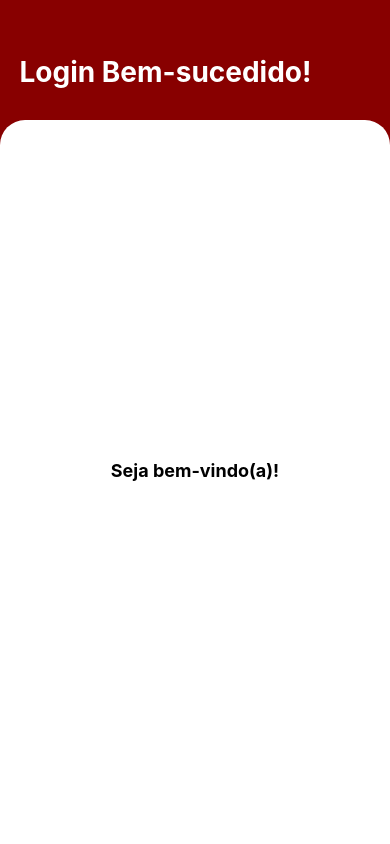
Repository: Matheus904-12/Login-React
Screen: /sucedido (app in SENAI/)
The author's editor kept a copy of each file at every save. The screen is drawn from the files as they stood at one save, then again after a run of saves.
The app was drawn by React Native's web renderer in a window 390 px wide. The project was rebuilt for these pictures with package versions that can differ from the ones it lists, and the page was loaded fresh each time. Some packages were replaced by stand-ins written for this rebuild. Also part of the build but not shown: SENAI/pages/entrada.js, SENAI/pages/cadastro.js.

Above is the screen before, as saved 2024-04-29 19:38:44.

### SENAI/App.js
import React from 'react';
import {StatusBar} from 'react-native';
import { NavigationContainer } from '@react-navigation/native';
import Routes from './routes';

export default function App() {
  return (
    <NavigationContainer>
      <StatusBar style="auto"/>
      <Routes />
    </NavigationContainer>
  )
}

### SENAI/routes.js
import { createStackNavigator } from '@react-navigation/stack';
import Bem_Vindo from './pages/index';
import Acesso from './pages/entrada';
import Sucesso from './pages/sucedido';
import Cadastro from './pages/cadastro';

const Stack = createStackNavigator();

export default function Routes() {
    return (
        <Stack.Navigator>
            <Stack.Screen
                name="index"
                component={Bem_Vindo}
                options={{ headerShown: false }}
            />

            <Stack.Screen
                name="entrada"
                component={Acesso}
                options={{ headerShown: false }}
            />
            <Stack.Screen
                name="sucedido"
                component={Sucesso}
                options={{ headerShown: false }}
            />
             <Stack.Screen
                name="cadastro"
                component={Cadastro}
                options={{ headerShown: false }}
            />
        </Stack.Navigator>
    )
}

### SENAI/pages/index.js
import React, { useCallback } from 'react';
import { View, Text, StyleSheet, Image, TouchableOpacity } from 'react-native';
import { useNavigation } from '@react-navigation/native';
import * as Animatable from 'react-native-animatable';
import { useFonts } from 'expo-font';
import * as SplashScreen from 'expo-splash-screen';


SplashScreen.preventAutoHideAsync();

export default function Bem_Vindo() {

    const navigation = useNavigation();

    const [fontsLoaded, fontError] = useFonts({
        'Oswald': require('../assets/fonts/Oswald-VariableFont_wght.ttf'),
    });

    const onLayoutRootView = useCallback(async () => {
        if (fontsLoaded || fontError) {
            await SplashScreen.hideAsync();
        }
    }, [fontsLoaded, fontError]);

    if (!fontsLoaded && !fontError) {
        return null;
    }



    return (
        <View style={styles.container} onLayout={onLayoutRootView}>
            <View style={styles.containerLogo}>
                <Animatable.Image
                    delay={1000}
                    animation="flipInY"
                    source={require("../assets/logo_Senai.png")}
                    style={styles.logo}
                    resizeMode="contain"
                />
            </View>
            <Animatable.View delay={600} animation='fadeInUp' style={styles.containerForm}>
                <View style={styles.containerForm}>
                    <Text style={styles.title}>
                        Monitore e organize seus recursos didáticos de qualquer lugar!
                    </Text>
                    <Text style={styles.text}>
                        Faça o login para começar
                    </Text>
                    <TouchableOpacity
                        onPress={() => navigation.navigate('entrada')}
                        style={styles.button}>
                        <Text style={styles.buttonText}>
                            Acessar
                        </Text>
                    </TouchableOpacity>
                </View>
            </Animatable.View>
        </View>
    )
}
const styles = StyleSheet.create({
    container: {
        flex: 1,
        backgroundColor: '#FFF'
    },
    containerLogo: {
        flex: 2,
        backgroundColor: '#FFF',
        justifyContent: 'center',
        alignItems: 'center'
    },
    logo: {
        width: "70%"
    },
    containerForm: {
        flex: 1,
        backgroundColor: '#880000',
        borderTopLeftRadius: 25,
        borderTopRightRadius: 25,
        paddingStart: '5%',
        paddingEnd: '5%'
    },
    title: {
        fontFamily: 'Oswald',
        fontSize: 24,
        marginTop: 20,
        marginBottom: 12,
        color: "#FFF"
    },
    text: {
        color: '#a1a1a1'
    },
    button: {
        position: 'absolute',
        backgroundColor: '#FFF',
        borderRadius: 50,
        paddingVertical: 8,
        width: '60%',
        alignSelf: 'center',
        bottom: '15%',
        alignItems: 'center',
        justifyContent: 'center',
    },
    buttonText: {
        fontSize: 18,
        color: '#880000',
        fontWeight: 'bold'
    }
})

### SENAI/pages/sucedido.js
import { View, Text, StyleSheet, Image, TouchableOpacity } from 'react-native';
import React from 'react';
import * as Animatable from 'react-native-animatable';

export default function Sucesso({navigation}) {
    return (

        <View style={styles.container}>

            <Animatable.View animation="fadeInLeft" delay={500} style={styles.containerHeader}>
                <Text style={styles.message}>Login Bem-sucedido!</Text>
            </Animatable.View>

            <Animatable.View animation="fadeInUp" style={styles.containerForm}>
                <View style={styles.mensagem}>
                    <Image source={require('../assets/sucesso.gif')}
                        style={styles.logo}
                    />
                    <Text style={styles.mensagemTexto}>
                        Seja bem-vindo(a)!
                    </Text>
                </View>
            </Animatable.View>
        </View>

    )
}

const styles = StyleSheet.create({
    container: {
        flex: 1,
        backgroundColor: '#880000'
    },
    containerHeader: {
        marginTop: '14%',
        marginBottom: '8%',
        paddingStart: '5%',
    },
    message: {
        fontSize: 28,
        fontWeight: 'bold',
        color: "#FFF"
    },
    containerForm: {
        backgroundColor: "#FFF",
        flex: 1,
        borderTopLeftRadius: 25,
        borderTopRightRadius: 25,
        paddingStart: "5%",
        paddingEnd: "5%",
        alignItems:"center"
    },
    title: {
        fontSize: 20,
        marginTop: 28,
    },
    input: {
        borderBottomWidth: 1,
        height: 40,
        marginBottom: 12,
        fontSize: 16
    },
    button: {
        backgroundColor: '#880000',
        width: '100%',
        borderRadius: 4,
        paddingVertical: 8,
        marginTop: 14,
        justifyContent: 'center',
        alignItems: 'center',
    },
    buttonText: {
        color: "#FFF",
        fontSize: 18,
        fontWeight: 'bold'
    },
    buttonRegister: {
        marginTop: 14,
        alignSelf: 'center'
    },
    registerText: {
        color: '#a1a1a1'
    },
    voltar: {
        paddingTop: 25
    },
    logo:{
        width:300,
        height:300
    },
    mensagem:{
        flexDirection:"column",
        alignItems:"center",
        paddingTop:40
    },
    mensagemTexto:{
        width:300,
        textAlign:"center",
        fontSize:18,
        fontWeight:'700'
    },
    voltar:{
        backgroundColor: '#880000',
        width:270,
        height:40,
        borderRadius:12,
        alignItems:"center",
        justifyContent:"center",
        marginTop:15
    },
    voltarTexto:{
        color:'white',
        fontSize:16
    }
})

After the next 2 saves:
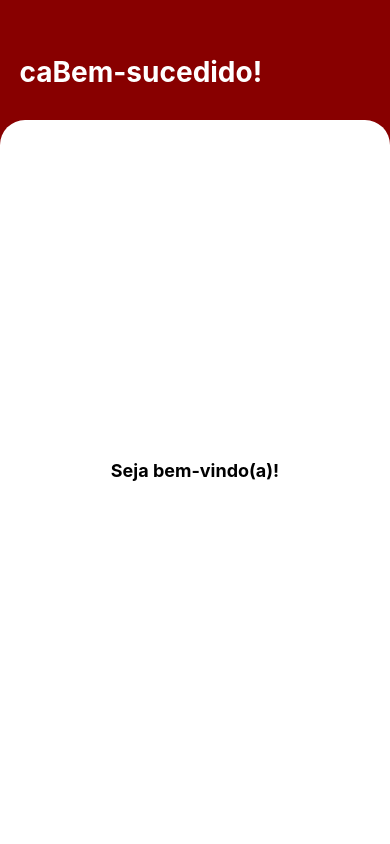
The 2 saves are shown as one change because they came seconds apart.
The last was saved 7 s later.
--- a/SENAI/pages/sucedido.js
+++ b/SENAI/pages/sucedido.js
@@ -8,7 +8,7 @@
         <View style={styles.container}>
 
             <Animatable.View animation="fadeInLeft" delay={500} style={styles.containerHeader}>
-                <Text style={styles.message}>Login Bem-sucedido!</Text>
+                <Text style={styles.message}>caBem-sucedido!</Text>
             </Animatable.View>
 
             <Animatable.View animation="fadeInUp" style={styles.containerForm}>
